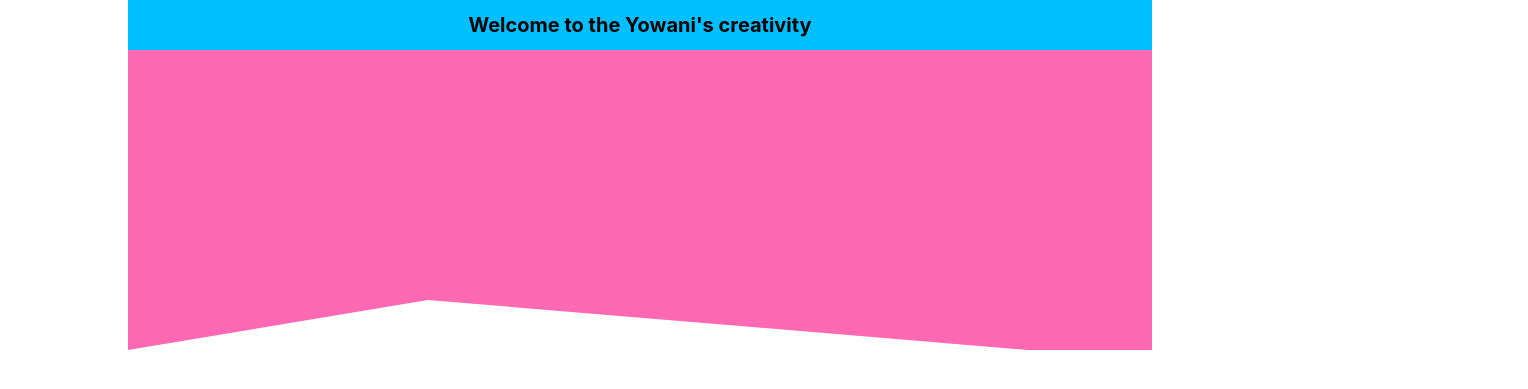
Repository: Yowani24/CarbonApp
Page: /
The author's editor kept a copy of each file at every save. The page is drawn from the files as they stood at one save, then again after a run of saves.
The browser window is 1280 px wide. The page is 1280 px wide, then 1528 px, so the pictures cover 1528 px, including what lies to the right of the window. The pictures show the whole page.
The project was rebuilt for these pictures with package versions that can differ from the ones it lists, and the page was loaded fresh each time. The framework's server and built-in components were replaced by stand-ins that run in the browser. Also part of the build but not shown: next.config.js, pages/cart/Cart.module.css, pages/cart/index.js.

Above is the page before, as saved 2021-09-26 12:40:19.

### pages/_app.js
import '../styles/globals.css'
import Cart from './cart';

function MyApp({ Component, pageProps }) {
  return (
    <>
      <Component {...pageProps} />
    </>
  );
}

export default MyApp

### pages/index.js
import Head from 'next/head'
import Image from 'next/image'
import styles from '../styles/Home.module.css'

export default function Home() {
  return (
    <div className={styles.container}>
      <header className={styles.header}>
        <div className={styles.interface}>
          <div className={styles.header_box}>
            <h1>Welcome to the Yowani's creativity</h1>
          </div>
        </div>
      </header>

      <section className={styles.cards_sec}>
        <div className={styles.interface}>
          <div className={styles.card_box}>

          </div>
        </div>
      </section>
    </div>
  )
}

### styles/globals.css
html,
body {
  padding: 0;
  margin: 0;
  font-family: -apple-system, BlinkMacSystemFont, Segoe UI, Roboto, Oxygen,
    Ubuntu, Cantarell, Fira Sans, Droid Sans, Helvetica Neue, sans-serif;
}

a {
  color: inherit;
  text-decoration: none;
}

* {
  margin: 0;
  box-sizing: border-box;
}

### styles/Home.module.css
.container {
  position: relative;
}
.interface{
  width: 80%;
  margin: 0 auto;
}
.header_box{
  display: flex;
  align-items: center;
  justify-content: center;
  height: 50px;
  background: deepskyblue;
}
.header_box h1{
  font-size: 20px;
}
.cards_sec{

}

.card_box {
  height: 300px;
  margin: 0 auto;
  /* padding-top: 15px; */
  position: relative;
  background: hotpink;
}
.card_box:after {
  content: ' ';
  position: absolute;
  left: 0;
  bottom: 0;
  width: 0;
  height: 0;
  border-bottom: 50px solid white;
  border-left: 300px solid transparent;
  border-right: 600px solid transparent;
}

Loaded but not shown: pages/api/hello.js (common file)

After the next 2 saves:
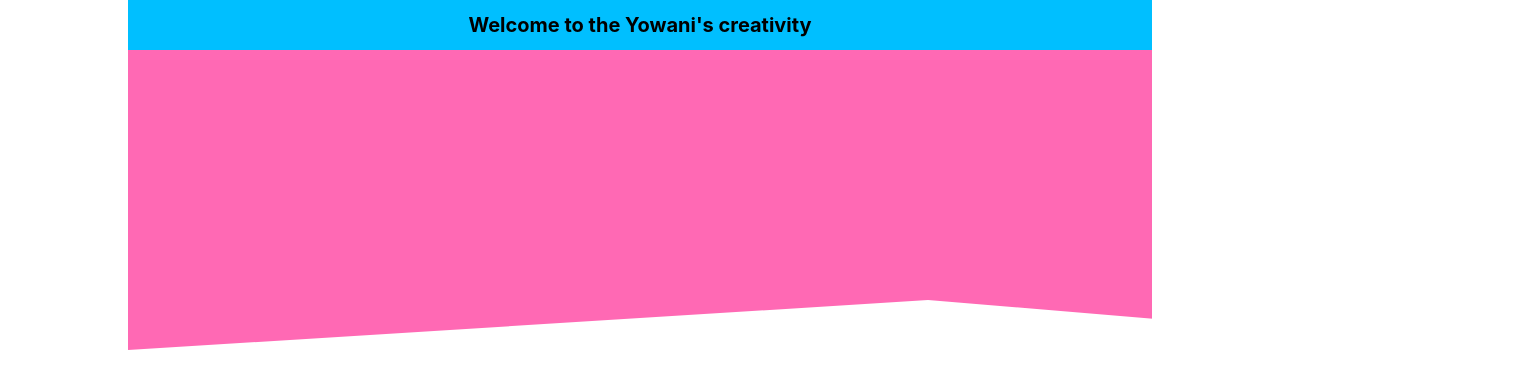
The 2 saves are shown as one change because they came seconds apart.
The last was saved 5 s later.
--- a/styles/Home.module.css
+++ b/styles/Home.module.css
@@ -34,6 +34,6 @@
   width: 0;
   height: 0;
   border-bottom: 50px solid white;
-  border-left: 300px solid transparent;
+  border-left: 800px solid transparent;
   border-right: 600px solid transparent;
 }
